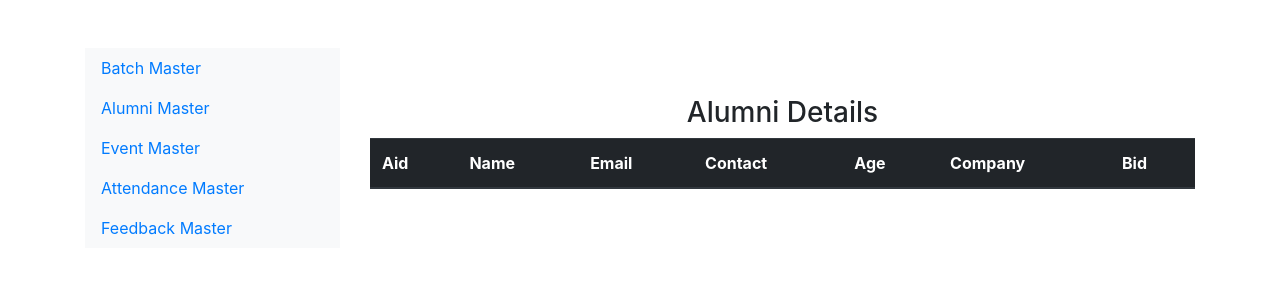
Repository: Shreyash1107/Web_Projects
Page: http://localhost/AlumnieventmanagementApplication/Viewalumni.jsp
An editor plug-in stored every save of this project. The page is shown before and after the next save, followed by the edit.
The browser window is 1280 px wide. The pictures show the whole page.
The page is served by Tomcat 9. Nobody is signed in. The application's start-up code is not run. Other server files are loaded and not shown. Queries for data that is not in the repository find no rows.

Above is the page before, as saved 2024-07-30 07:22:41.

### AlumnieventmanagementApplication/src/main/webapp/Viewalumni.jsp
<%@page import="org.techhub.service.*"%>
<%@page import="org.techhub.model.*"%>
<%@page import="java.util.*"%>
<%@ page language="java" contentType="text/html; charset=ISO-8859-1"
	pageEncoding="ISO-8859-1"%>
<!DOCTYPE html>
<html>
<head>
<meta charset="ISO-8859-1">
<title>View Alumni</title>
<link rel="stylesheet"
	href="https://cdn.jsdelivr.net/npm/bootstrap@4.0.0/dist/css/bootstrap.min.css"
	integrity="sha384-Gn5384xqQ1aoWXA+058RXPxPg6fy4IWvTNh0E263XmFcJlSAwiGgFAW/dAiS6JXm"
	crossorigin="anonymous">
	<link rel="stylesheet" href="CSS/view.css"/>
</head>
<body>
	<div class="container mt-5">
		<div class="row">
			<div class="col-md-3">
				<div class="nav flex-column nav-pills menubar bg-light" id="v-pills-tab"
					role="tablist" aria-orientation="vertical">
					<a class="nav-link" href="index.jsp">Batch Master</a>
					 <a class="nav-link" href="Alumnimaster.jsp">Alumni Master</a>
					 <a class="nav-link" href="EventMaster.jsp">Event Master</a>
					 <a class="nav-link" href="#v-pills-attendance">Attendance Master</a>
					 <a class="nav-link" href="#v-pills-feedback">Feedback Master</a>
				</div>
			</div>
			<div class="col-md-9 content">
				<div class="tab-content" id="v-pills-tabContent">
					<div class="tab-pane fade show active" id="v-pills-home"
						role="tabpanel" aria-labelledby="v-pills-home-tab">
						<div class="form-container mt-5">
						<center>
							<h3 class="heading">
								Alumni Details
							</h3>
						</center>
							<table class="table table-striped table-dark">
								<thead>
									<tr>
										<th scope="col">Aid</th>
										<th scope="col">Name</th>
										<th scope="col">Email</th>
										<th scope="col">Contact</th>
										<th scope="col">Age</th>
										<th scope="col">Company</th>
										<th scope="col">Bid</th>
									</tr>
								</thead>
								<tbody>
									<%
									Alumnimasterservice amservice = new AlumniMasterServiceImpl();
									Vector<AlumniMasterModel> vect = amservice.getalumni();
									if (vect != null) {
										for (AlumniMasterModel amodel : vect) {
									%>
									<tr>
										<td><%=amodel.getid()%></td>
										<td><%=amodel.getname()%></td>
										<td><%=amodel.getEmail()%></td>
										<td><%=amodel.getContact()%></td>
										<td><%=amodel.getAge()%></td>
										<td><%=amodel.getCompany()%></td>
										<td><%=amodel.getBid()%></td>
									</tr>
									<%
									}
									}
									%>
								</tbody>
							</table>
						</div>
					</div>
					<div class="tab-pane fade" id="v-pills-profile" role="tabpanel"
						aria-labelledby="v-pills-profile-tab"></div>
					<div class="tab-pane fade" id="v-pills-messages" role="tabpanel"
						aria-labelledby="v-pills-messages-tab"></div>
					<div class="tab-pane fade" id="v-pills-settings" role="tabpanel"
						aria-labelledby="v-pills-settings-tab"></div>
				</div>
			</div>
		</div>
	</div>
</body>
</html>

### AlumnieventmanagementApplication/src/main/java/org/techhub/service/Alumnimasterservice.java
package org.techhub.service;

import java.util.Vector;

import org.techhub.model.AlumniMasterModel;

public interface Alumnimasterservice
{
	public boolean isAlumniAdded(AlumniMasterModel am);
	public Vector<AlumniMasterModel> getalumni();
}

### AlumnieventmanagementApplication/src/main/java/org/techhub/service/AlumniMasterServiceImpl.java
package org.techhub.service;

import java.util.Vector;

import org.techhub.model.AlumniMasterModel;
import org.techhub.repository.AlumniMasterModelrepositoryImpl;
import org.techhub.repository.Alumnirepository;

public class AlumniMasterServiceImpl implements Alumnimasterservice
{
	Alumnirepository amrepo = new AlumniMasterModelrepositoryImpl();
	public boolean isAlumniAdded(AlumniMasterModel am)
	{
		return amrepo.isAlumniAdded(am);
	}
	public Vector<AlumniMasterModel> getalumni()
	{
		Vector v = amrepo.getalumni();
		return v;
	}
}

### AlumnieventmanagementApplication/src/main/java/org/techhub/repository/Alumnirepository.java
package org.techhub.repository;

import java.util.Vector;

import org.techhub.model.AlumniMasterModel;

public interface Alumnirepository
{
	public boolean isAlumniAdded(AlumniMasterModel am);
	public Vector<AlumniMasterModel> getalumni();
	public boolean isAlumniUpdated(AlumniMasterModel am);
	public boolean isAlumnidelete(AlumniMasterModel am);
}

### AlumnieventmanagementApplication/src/main/java/org/techhub/repository/DB.java
package org.techhub.repository;

import java.sql.Connection;
import java.sql.DriverManager;
import java.sql.PreparedStatement;
import java.sql.ResultSet;
import java.sql.SQLException;

public class DB
{
	protected Connection conn;
	protected ResultSet rs;
	protected PreparedStatement pstmt;
	public DB()
	{
		try
		{
			Class.forName("com.mysql.cj.jdbc.Driver");
		}
		catch (ClassNotFoundException e)
		{
			e.printStackTrace();
		}
		try
		{
			conn = DriverManager.getConnection("jdbc:mysql://localhost:3306/alumnimanagement", "root", "Shreyash@123");
		}
		catch (SQLException e)
		{
			e.printStackTrace();
		}
	}
}

### AlumnieventmanagementApplication/src/main/java/org/techhub/repository/AlumniMasterModelrepositoryImpl.java
package org.techhub.repository;

import java.util.Vector;

import org.techhub.model.AlumniMasterModel;

public class AlumniMasterModelrepositoryImpl extends DB implements Alumnirepository
{
	Vector<AlumniMasterModel> vect = null;
	public boolean isAlumniAdded(AlumniMasterModel am)
	{
		int val;
		try
		{
			pstmt = conn.prepareStatement("insert into alumnimaster values('0',?,?,?,?,?,?)");
			pstmt.setString(1, am.getname());
			pstmt.setString(2, am.getEmail());
			pstmt.setString(3, am.getContact());
			pstmt.setInt(4, am.getAge());
			pstmt.setString(5, am.getCompany());
			pstmt.setInt(6, am.getBid());
			val = pstmt.executeUpdate();
			return val>0?true:false;
		}
		catch(Exception ex)
		{
			ex.printStackTrace();
			return false;
		}
	}
	public Vector<AlumniMasterModel> getalumni()
	{
		vect = new Vector<AlumniMasterModel>();
		try
		{
			pstmt = conn.prepareStatement("select *from Alumnimaster");
			rs = pstmt.executeQuery();
			while(rs.next())
			{
				AlumniMasterModel amodel = new AlumniMasterModel();
				amodel.setAid(rs.getInt(1));
				amodel.setname(rs.getString(2));
				amodel.setEmail(rs.getString(3));
				amodel.setContact(rs.getString(4));
				amodel.setAge(rs.getInt(5));
				amodel.setCompany(rs.getString(6));
				amodel.setBid(rs.getInt(7));
				vect.add(amodel);
			}
			return vect.size()>0?vect:null;
		}
		catch(Exception ex)
		{
			ex.printStackTrace();
		}
		return null;
	}
	public boolean isAlumniUpdated(AlumniMasterModel am)
	{
		int val;
		try
		{
			pstmt = conn.prepareStatement("update Alumnimaster set Name = ?,Email = ?,Contact=?,Age = ?, Company = ?, Bid = ? where Aid = ?");
			pstmt.setString(1, am.getname());
			pstmt.setString(2, am.getEmail());
			pstmt.setString(3, am.getContact());
			pstmt.setInt(4, am.getAge());
			pstmt.setString(5, am.getCompany());
			pstmt.setInt(6, am.getBid());
			pstmt.setInt(7, am.getid());
			val = pstmt.executeUpdate();
			return val>0?true:false;
		}
		catch(Exception ex)
		{
			ex.printStackTrace();
			return false;
		}
	}
	public boolean isAlumnidelete(AlumniMasterModel am)
	{
		int val;
		try
		{
			pstmt = conn.prepareStatement("delete from Alumnimaster where Aid = ?");
			pstmt.setInt(1, am.getid());
			val = pstmt.executeUpdate();
			return val>0?true:false;
		}
		catch(Exception ex)
		{
			ex.printStackTrace();
			return false;
		}
	}
}

### AlumnieventmanagementApplication/src/main/webapp/CSS/view.css
@charset "ISO-8859-1";
.heading
{
	margin-top: 20px;
}

After the next save:
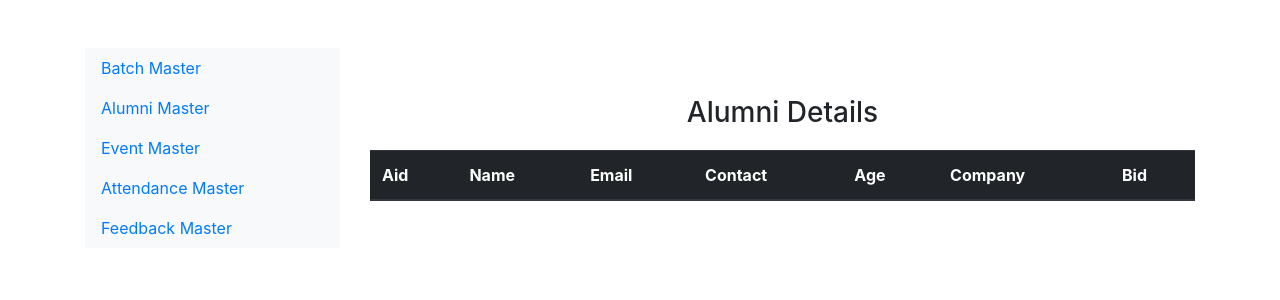
Saved 2 min 32 s later.
--- a/AlumnieventmanagementApplication/src/main/webapp/CSS/view.css
+++ b/AlumnieventmanagementApplication/src/main/webapp/CSS/view.css
@@ -1,5 +1,5 @@
 @charset "ISO-8859-1";
 .heading
 {
-	margin-top: 20px;
+	margin-bottom: 20px;
 }

After the save that followed:
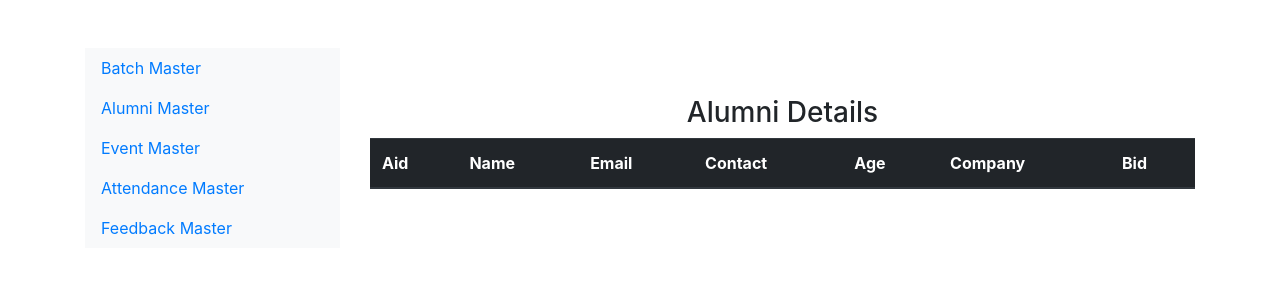
Saved 60 s later.
--- a/AlumnieventmanagementApplication/src/main/webapp/CSS/view.css
+++ b/AlumnieventmanagementApplication/src/main/webapp/CSS/view.css
@@ -1,5 +1,5 @@
 @charset "ISO-8859-1";
 .heading
 {
-	margin-bottom: 20px;
+	margin-top: 20px;
 }
